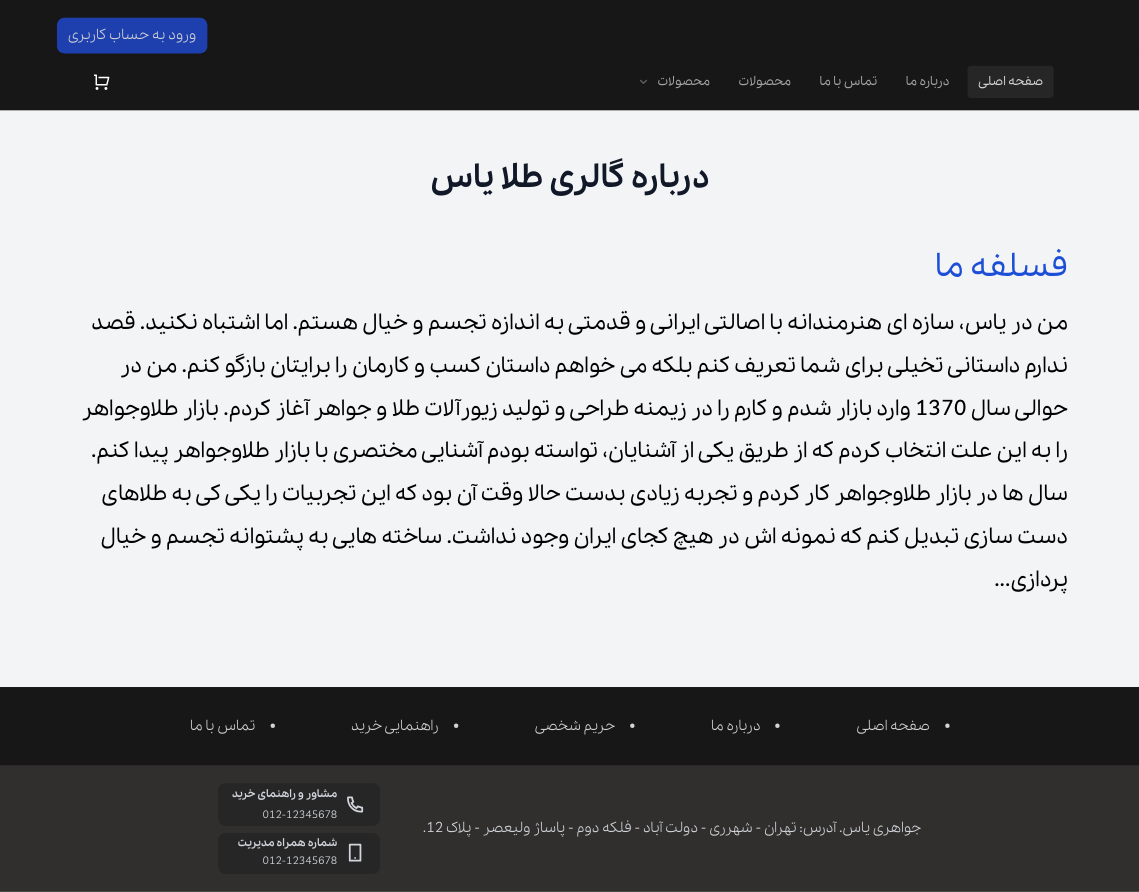
Repository: aliakbarmotallebi/yasgoldgallery-ui
Page: /about
These files come from the project's save history. The page is drawn as it stood at one moment and after the next save; the edit follows.
The browser window is 1280 px wide. The pictures show the whole page, at 89% of full size.
The project was rebuilt for these pictures with package versions that can differ from the ones it lists, and the page was loaded fresh each time. Also part of the build but not shown: src/components/Brands.jsx, src/components/GridImages.js, src/components/SpecialComments.jsx, src/components/CardProduct.jsx, src/components/SpecialProducts.jsx, src/components/SuggestedProducts.jsx, src/pages/HomePage.jsx, src/pages/NotFound.jsx and 4 more.

Above is the page before, as saved 2023-01-16 12:15:47.

After the next save:
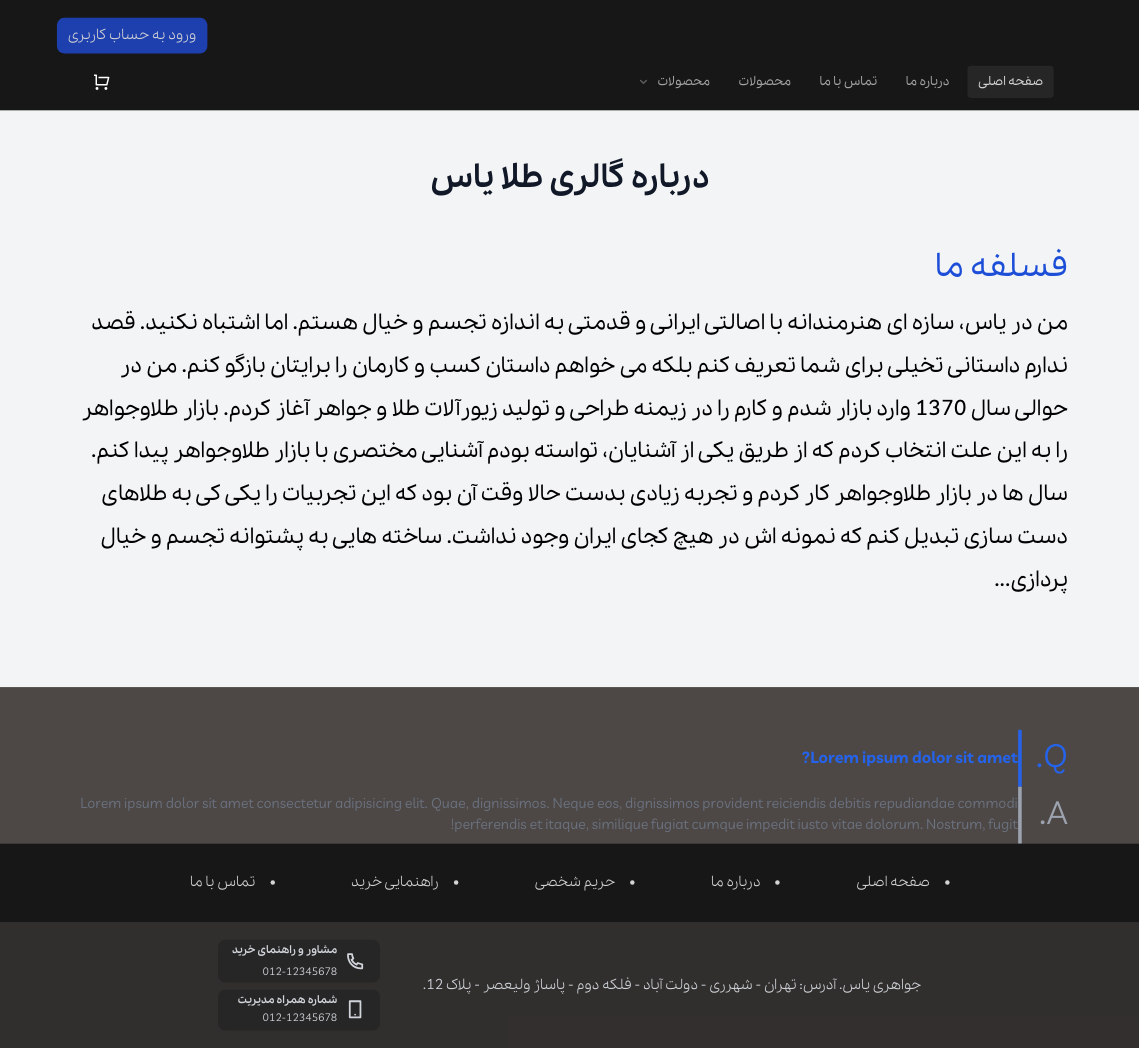
Saved 2 min 34 s later.
--- a/src/pages/AboutPage.jsx
+++ b/src/pages/AboutPage.jsx
@@ -23,6 +23,29 @@ const AboutPage = () => {
 
                 </div>
             </div>
+
+            <div class="space-y-12 px-2 xl:px-16 mt-12">
+                <div class="mt-4 flex">
+                    <div>
+                        <div class="flex items-center h-16 border-l-4 border-blue-600">
+                            <span class="text-4xl text-blue-600 px-4">Q.</span>
+                        </div>
+                        <div class="flex items-center h-16 border-l-4 border-gray-400">
+                            <span class="text-4xl text-gray-400 px-4">A.</span>
+                        </div>
+                    </div>
+                    <div>
+                        <div class="flex items-center h-16">
+                            <span class="text-lg text-blue-600 font-bold">Lorem ipsum dolor sit amet?</span>
+                        </div>
+                        <div class="flex items-center py-2">
+                            <span class="text-gray-500">Lorem ipsum dolor sit amet consectetur adipisicing elit. Quae, dignissimos. Neque eos, dignissimos provident reiciendis debitis repudiandae commodi perferendis et itaque, similique fugiat cumque impedit iusto vitae dolorum. Nostrum, fugit!</span>
+
+                        </div>
+                    </div>
+                </div>
+
+            </div>
         </>
     );
 }
